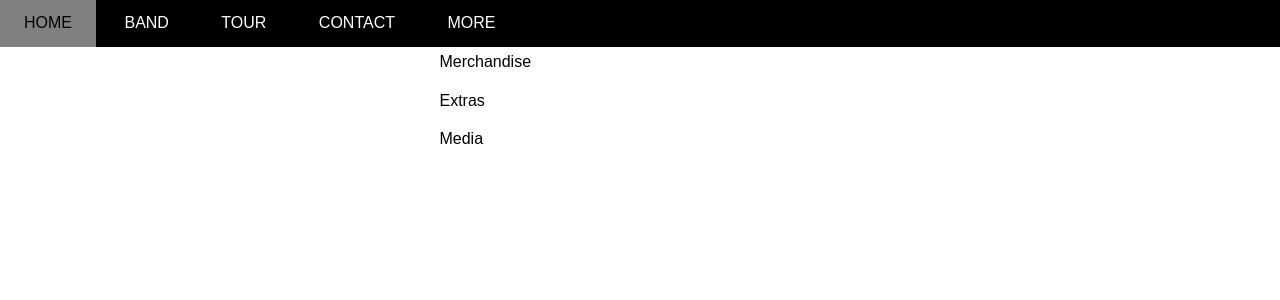
Repository: ngotranphuongbao/theband
Page: index.html
The author's editor kept a copy of each file at every save. The page is drawn from the files as they stood at one save, then again after the next save.
The browser window is 1280 px wide. The pictures show the whole page.
Some web libraries are served in a nearby version.

Above is the page before, as saved 2022-12-21 18:33:30.

After the next save:
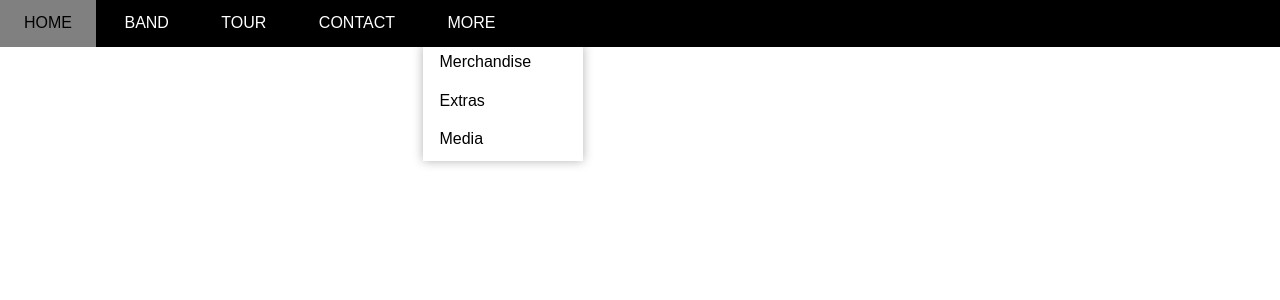
Saved 52 s later.
--- a/assets/css/style.css
+++ b/assets/css/style.css
@@ -43,6 +43,7 @@ html {
     position: absolute;
     top: 45px;
     left: 0px;
+    box-shadow: 0px 0px 10px rgba(0, 0, 0, 0.3);
 }
 
 #subnav > li {
